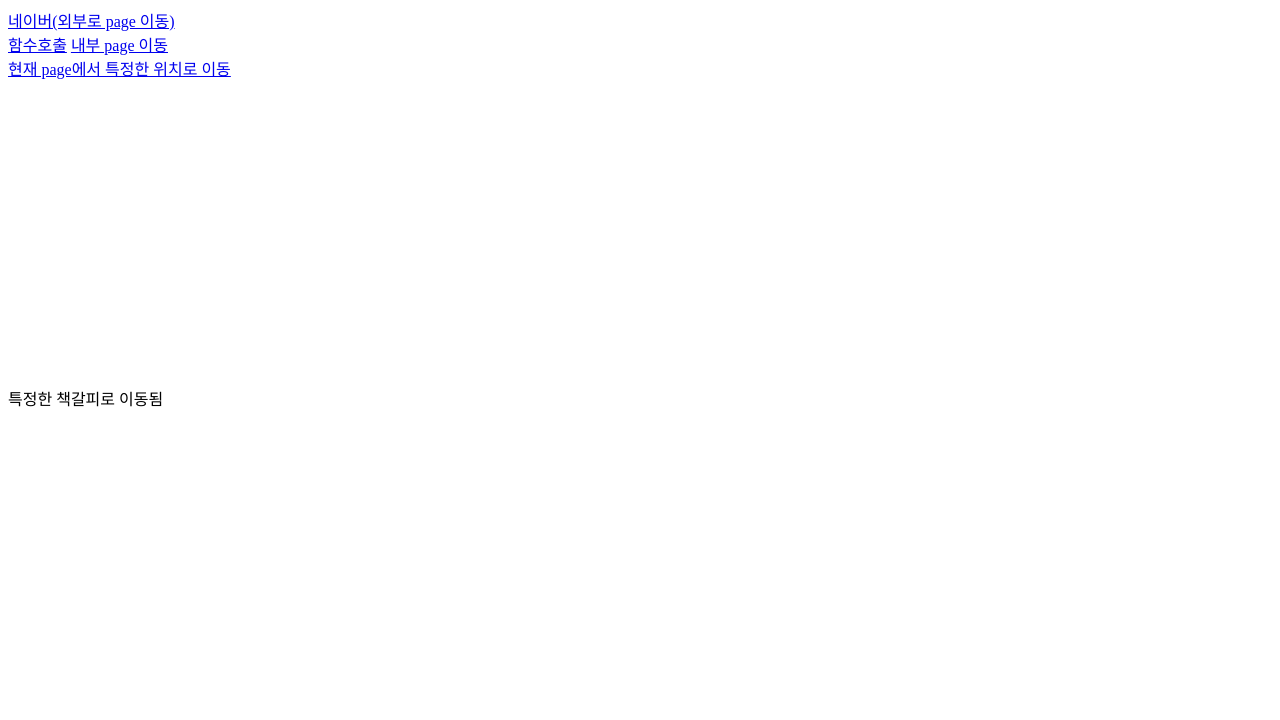
Repository: paul2oh/hellowjava
Page: workspace/javastart_svn/src/javastart/WebContent/clientPrg/a01_html/a03_link.html
These files come from the project's save history. The page is drawn as it stood at one moment and after the next save; the edit follows.
The browser window is 1280 px wide. The pictures show the whole page.

Above is the page before, as saved 2017-01-03 08:23:40.

### workspace/javastart_svn/src/javastart/WebContent/clientPrg/a01_html/a03_link.html
<!DOCTYPE html>
<html>
<head>
<meta charset="EUC-KR">
<title>Insert title here</title>
<script>
function call(){
	alert("호출됨!");

}
</script>
</head>
<body>
<!--
1.  a href : anchor - 닻 hyper reference
  	  특정한 주소나, 자바스크립트 호출, 현재 page 에서 특정 위치로 이동 처리..

 -->

<a href="http://www.naver.com">네이버(외부로 page 이동)</a><br />
<a href="javascript:call();">함수호출</a>
<a href="a04_go_page.html">내부 page 이동</a><br />
<a href="#gogo">현재 page에서 특정한 위치로 이동</a>
<br />
<br />
<br />
<br />
<br />
<br />
<br />
<br />
<br />
<br />
<br />
<br />
<br />
<br />
<br />
<br />
<br />
	<br />
	<a name="gogo">특정한 책갈피로 이동됨</a>

</body>
</html>

After the next save:
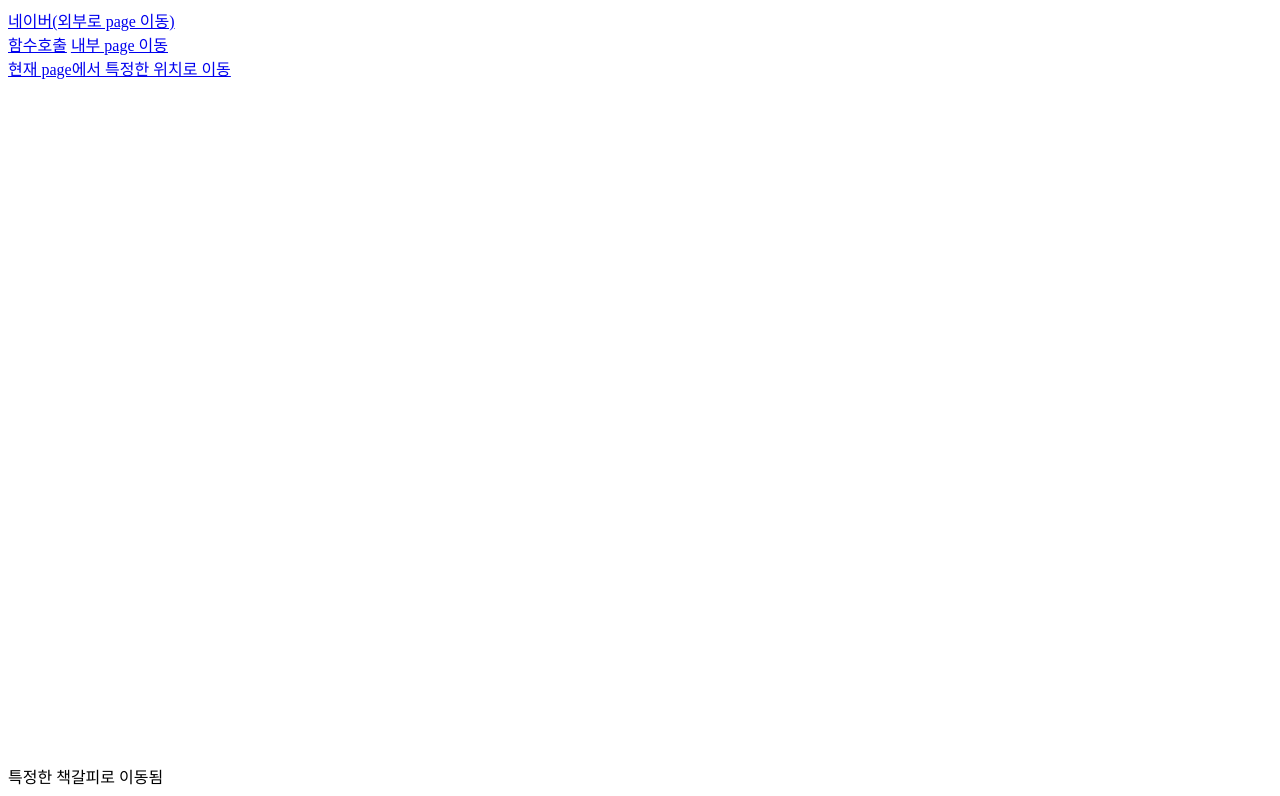
Saved 21 s later.
--- a/workspace/javastart_svn/src/javastart/WebContent/clientPrg/a01_html/a03_link.html
+++ b/workspace/javastart_svn/src/javastart/WebContent/clientPrg/a01_html/a03_link.html
@@ -39,6 +39,27 @@ function call(){
 <br />
 <br />
 	<br />
+	<br />
+	<br />
+	<br />
+	<br />
+	<br />
+	<br />
+	<br />
+	<br />
+	<br />
+	<br />
+	<br />
+	<br />
+	<br />
+	<br />
+	<br />
+	<br />
+	<br />
+	<br />
+	<br />
+	<br />
+	<br />
 	<a name="gogo">특정한 책갈피로 이동됨</a>
 
 </body>
